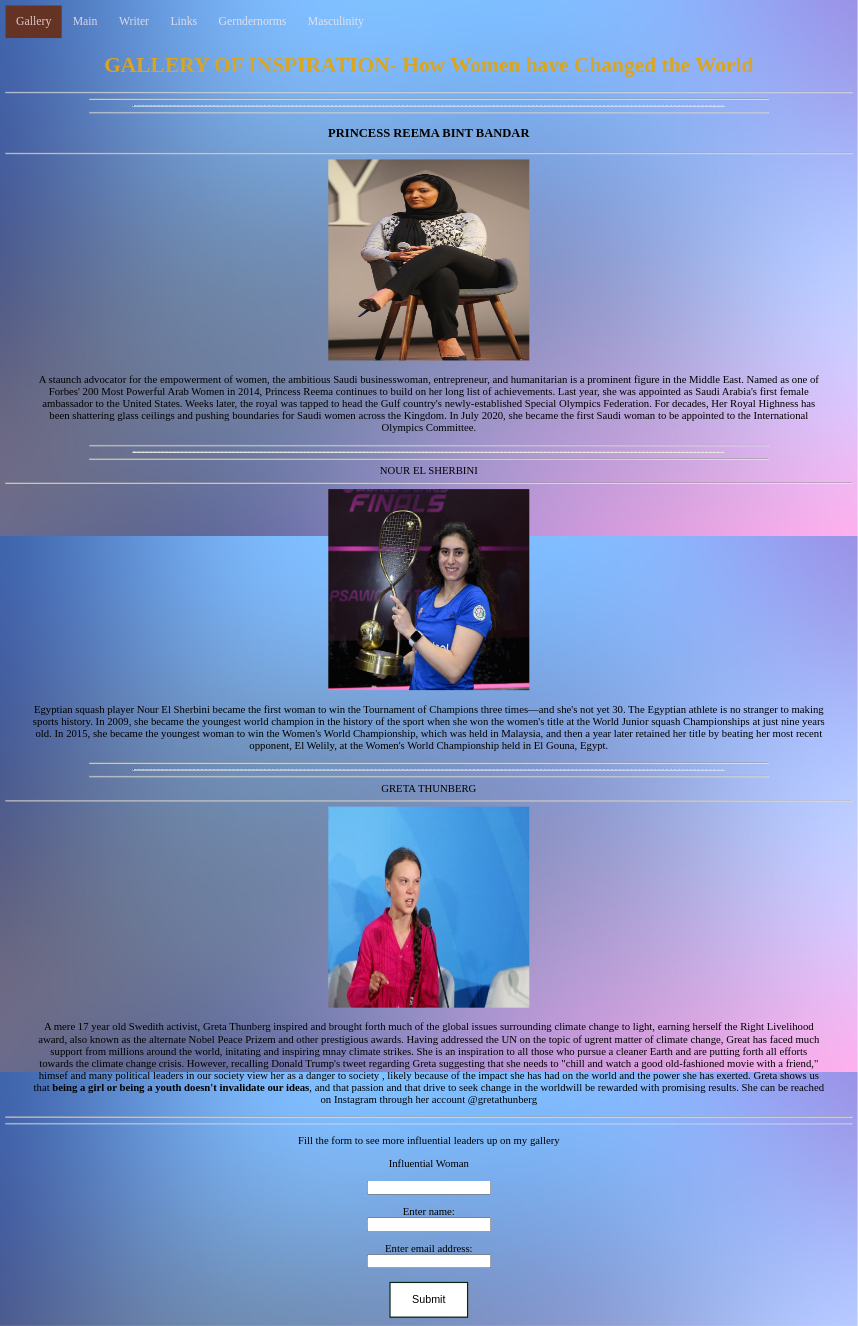
Repository: Lujaina-E/womens-rights-site
Page: gallery.html
These files come from the project's save history. The page is drawn as it stood at one moment and after the next save; the edit follows.
The browser window is 1280 px wide. The pictures show the whole page, at 67% of full size.
Backgrounds fixed to the window are drawn as part of the page.

Above is the page before, as saved 2022-07-26 00:02:32.

After the next save:
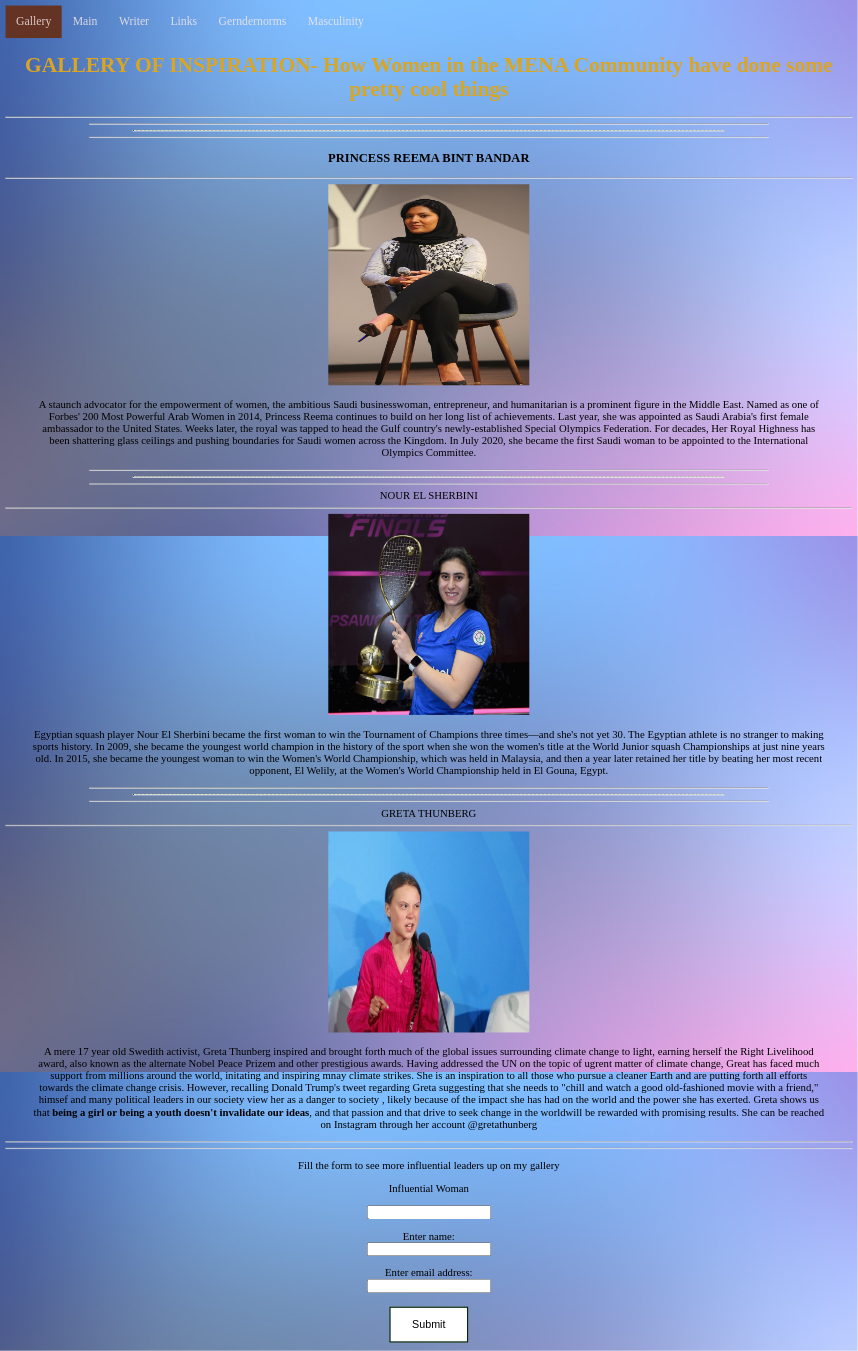
Saved 39 s later.
--- a/gallery.html
+++ b/gallery.html
@@ -38,7 +38,7 @@
                 </a>
             </div>
     <body>
-        <h1 id="pageTitle"> GALLERY OF INSPIRATION- How Women have Changed the World </h1>
+        <h1 id="pageTitle"> GALLERY OF INSPIRATION- How Women in the MENA Community have done some pretty cool things</h1>
         <hr>
         <section>
             <hr class="first"><hr class="second"><hr class="first"><h3>PRINCESS REEMA BINT BANDAR</h3> <hr>
